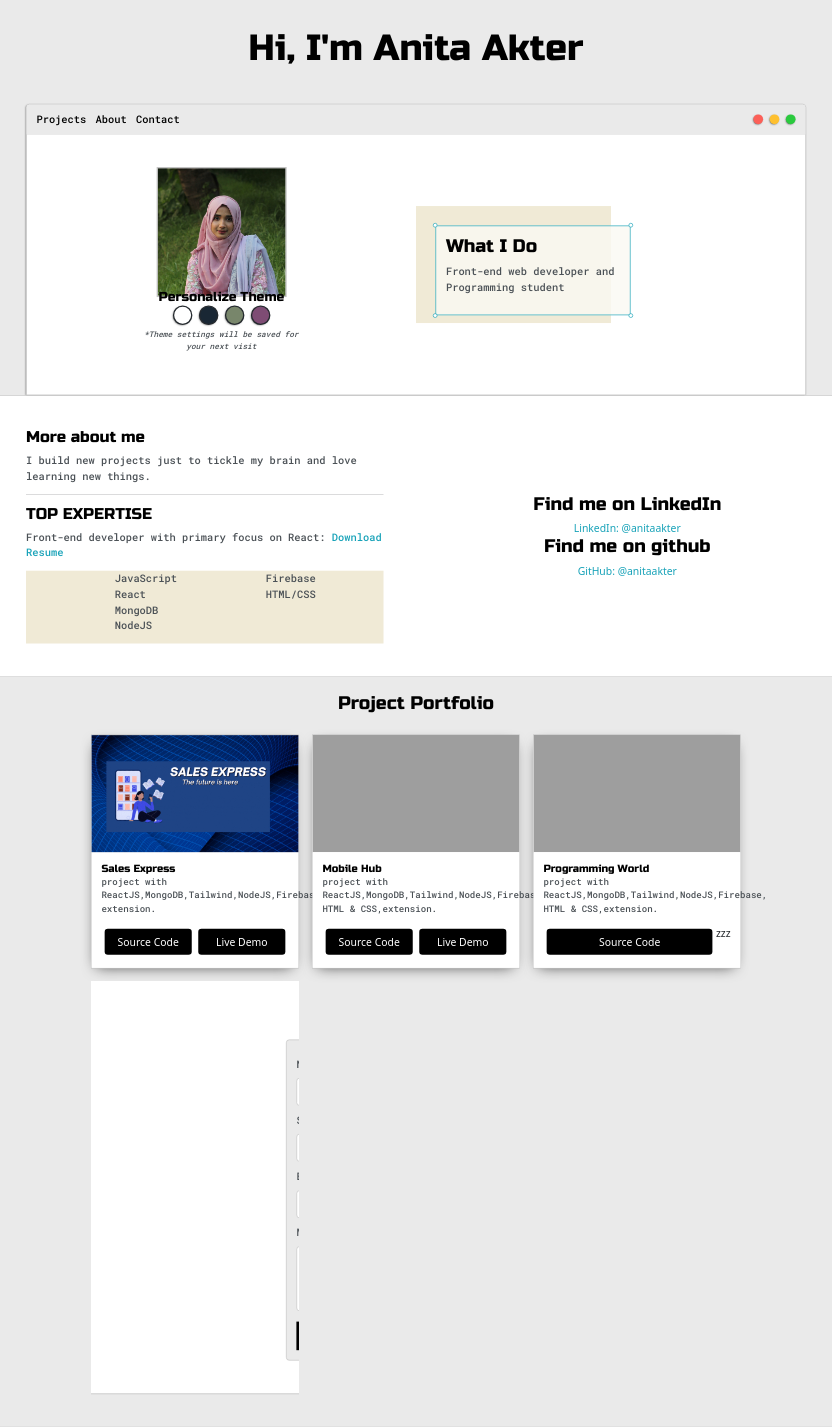
Repository: AnitaAkter/My_portfolio
Page: index.html
An editor plug-in stored every save of this project. The page is shown before and after the next save, followed by the edit.
The browser window is 1280 px wide. The pictures show the whole page, at 65% of full size.
Pictures or frames that could not be fetched are drawn as grey boxes.

Above is the page before, as saved 2022-12-10 14:26:41.

After the next save:
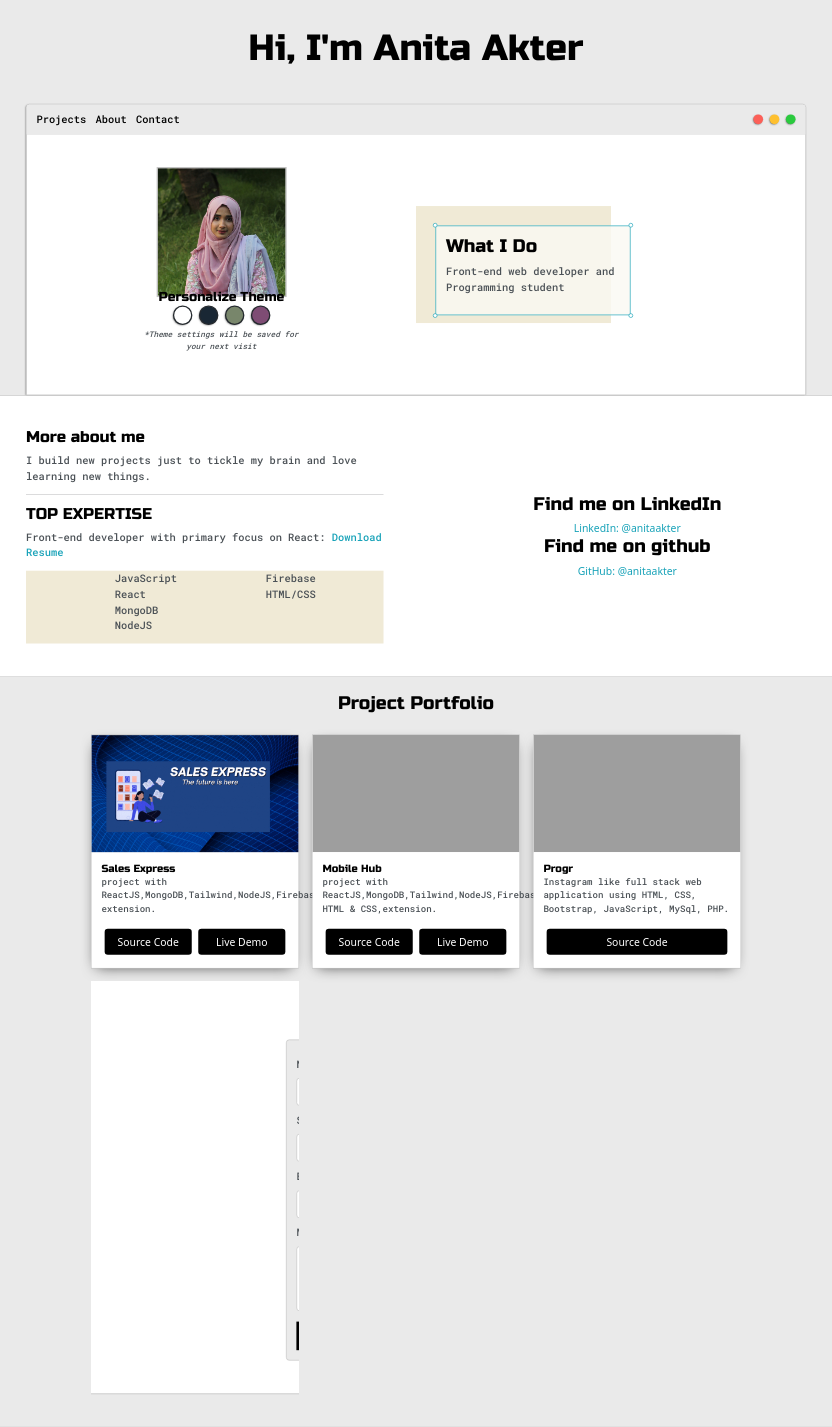
Saved 7 s later.
--- a/index.html
+++ b/index.html
@@ -186,14 +186,13 @@
 					<div class="post">
 						<img class="thumbnail" src="images/camagru.webp">
 						<div class="post-preview">
-							<h6 class="post-title">Programming World</h6>
-							<p class="post-intro">project with ReactJS,MongoDB,Tailwind,NodeJS,Firebase,
-								HTML & CSS,extension.</p>
+							<h6 class="post-title">Progr</h6>
+							<p class="post-intro">Instagram like full stack web application using HTML, CSS, Bootstrap,
+								JavaScript, MySql, PHP.</p>
 							<div class="btn-group d-flex" role="group">
-								<a target="_blank" href="https://github.com/AnitaAkter/Learning-platform_client"
+								<a target="_blank" href="https://github.com/tasmiarahmantanjin/camagru"
 									class="sourceCode-btn w-100">Source
 									Code</a>
-									zzz
 							</div>
 						</div>
 					</div>
